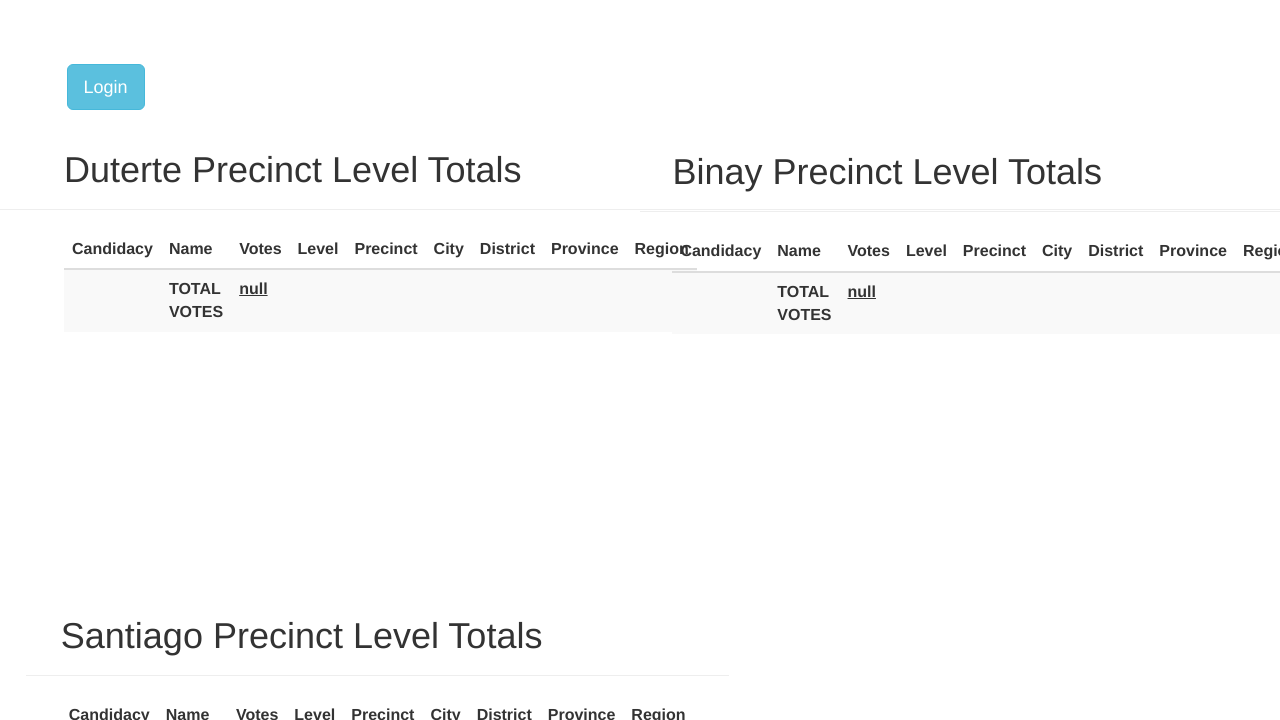
Repository: acbalutan/softdev-cencas-team_apink
Page: http://localhost/AES/index.jsp
These files come from the project's save history. The page is drawn as it stood at one moment and after the next save; the edit follows.
The browser window is 1280 px wide. The pictures show the whole page.
The page is served by Tomcat 9. Other server files are loaded and not shown. Queries for data that is not in the repository find no rows.

Above is the page before, as saved 2016-02-26 11:14:09.
Console error (its wording comes from the project's code and is left out).

### workspace/AES/WebContent/index.jsp
<html>
<head>
	<link rel="stylesheet" href="bootstrap/bootstrap.min.css">
	<script type="text/javascript" src="bootstrap/js/bootstrap.min.js"></script>
</head>
<body>

<form action="login.jsp" style="padding-left: 5.2%;padding-top: 5%;">
    <button type="submit" class="btn btn-lg btn-info">Login</button>
</form>


<%@ page import="java.sql.*" %>
<%@ page import="bean.Provider" %>
<%@ page import="bean.PileBean" %>
<%@ page import="bean.Counter" %>

<%

Class.forName("org.sqlite.JDBC");
Connection conn = DriverManager.getConnection("jdbc:sqlite:D:/Eclipse/db/aes.db");
Statement stat = conn.createStatement();

%>
<div class="page-header" style="padding-left: 5%;">
	<h1>Duterte Precinct Level Totals</h1>
</div>

<div class="col-md-6" style="padding-left: 5%;">
	<table class="table table-striped">
    	<thead>
              <tr>
                <th>Candidacy</th>
                <th>Name</th>
                <th>Votes</th>
                <th>Level</th>
                <th>Precinct</th>
                <th>City</th>
                <th>District</th>
                <th>Province</th>
                <th>Region</th>
              </tr>
		</thead>
		<tbody>
			<%
			ResultSet duterte = stat.executeQuery("SELECT * FROM tapat WHERE name='Rodrigo Duterte';");
			while (duterte.next()) {
			    %>
			    	<tr>
			    		<td><%= duterte.getString("candidacy") %></td>
			    		<td><%= duterte.getString("name") %></td>
			    		<td><%= duterte.getString("vote") %></td>
			    		<td><%= duterte.getString("level") %></td>
			    		<td><%= duterte.getString("precinct") %></td>
			    		<td><%= duterte.getString("city") %></td>
			    		<td><%= duterte.getString("district") %></td>
			    		<td><%= duterte.getString("province") %></td>
			    		<td><%= duterte.getString("region") %></td>
			    	</tr>
			    <%
			}
			duterte.close();

			ResultSet totalduterte = stat.executeQuery("SELECT SUM(vote) as 'TOTALVOTES' FROM tapat WHERE name='Rodrigo Duterte';");
			%>
				<tr>
					<td></td>
					<td><strong>TOTAL VOTES</strong></td>
					<td style="text-decoration: underline;"><strong> <%= totalduterte.getString("TOTALVOTES") %> </strong></td>
					<td></td>
					<td></td>
					<td></td>
					<td></td>
					<td></td>
					<td></td>
				</tr>
			<% totalduterte.close(); %>
    	</tbody>
	</table>
</div>

<div style="position: absolute; top: 15.6%; left: 50%;">
	<div class="page-header" style="padding-left: 5%;">
		<h1>Binay Precinct Level Totals</h1>
	</div>

	<div class="col-md-6" style="padding-left: 5%;">
		<table class="table table-striped">
	    	<thead>
	              <tr>
	                <th>Candidacy</th>
	                <th>Name</th>
	                <th>Votes</th>
	                <th>Level</th>
	                <th>Precinct</th>
	                <th>City</th>
	                <th>District</th>
	                <th>Province</th>
	                <th>Region</th>
	              </tr>
			</thead>
			<tbody>
				<%
				ResultSet binay = stat.executeQuery("SELECT * FROM tapat WHERE name='Jejomar Binay';");
				while (binay.next()) {
				    %>
				    	<tr>
				    		<td><%= binay.getString("candidacy") %></td>
				    		<td><%= binay.getString("name") %></td>
				    		<td><%= binay.getString("vote") %></td>
				    		<td><%= binay.getString("level") %></td>
				    		<td><%= binay.getString("precinct") %></td>
				    		<td><%= binay.getString("city") %></td>
				    		<td><%= binay.getString("district") %></td>
				    		<td><%= binay.getString("province") %></td>
				    		<td><%= binay.getString("region") %></td>
				    	</tr>
				    <%
				}
				binay.close();

				ResultSet totalbinay = stat.executeQuery("SELECT SUM(vote) as 'TOTALVOTES' FROM tapat WHERE name='Jejomar Binay';");
				%>
					<tr>
						<td></td>
						<td><strong>TOTAL VOTES</strong></td>
						<td style="text-decoration: underline;"><strong> <%= totalbinay.getString("TOTALVOTES") %> </strong></td>
						<td></td>
						<td></td>
						<td></td>
						<td></td>
						<td></td>
						<td></td>
					</tr>
				<% totalbinay.close(); %>
	    	</tbody>
		</table>
	</div>
</div>

<div style="position: absolute; top: 80%; left: 2%;">
	<div class="page-header" style="padding-left: 5%;">
		<h1>Santiago Precinct Level Totals</h1>
	</div>

	<div class="col-md-6" style="padding-left: 5%;">
		<table class="table table-striped">
	    	<thead>
	              <tr>
	                <th>Candidacy</th>
	                <th>Name</th>
	                <th>Votes</th>
	                <th>Level</th>
	                <th>Precinct</th>
	                <th>City</th>
	                <th>District</th>
	                <th>Province</th>
	                <th>Region</th>
	              </tr>
			</thead>
			<tbody>
				<%
				ResultSet santiago = stat.executeQuery("SELECT * FROM tapat WHERE name='Miriam Santiago';");
				while (binay.next()) {
				    %>
				    	<tr>
				    		<td><%= santiago.getString("candidacy") %></td>
				    		<td><%= santiago.getString("name") %></td>
				    		<td><%= santiago.getString("vote") %></td>
				    		<td><%= santiago.getString("level") %></td>
				    		<td><%= santiago.getString("precinct") %></td>
				    		<td><%= santiago.getString("city") %></td>
				    		<td><%= santiago.getString("district") %></td>
				    		<td><%= santiago.getString("province") %></td>
				    		<td><%= santiago.getString("region") %></td>
				    	</tr>
				    <%
				}
				santiago.close();

				ResultSet totalsantiago = stat.executeQuery("SELECT SUM(vote) as 'TOTALVOTES' FROM tapat WHERE name='Miriam Santiago';");
				%>
					<tr>
						<td></td>
						<td><strong>TOTAL VOTES</strong></td>
						<td style="text-decoration: underline;"><strong> <%= totalsantiago.getString("TOTALVOTES") %> </strong></td>
						<td></td>
						<td></td>
						<td></td>
						<td></td>
						<td></td>
						<td></td>
					</tr>
				<% totalsantiago.close(); %>
	    	</tbody>
		</table>
	</div>
</div>
<%	stat.close();
	conn.close();	%>

</body>
</html>

Loaded but not shown: workspace/AES/WebContent/bootstrap/bootstrap.min.css (library); workspace/AES/WebContent/bootstrap/bootstrap.min.js (library)

After the next save:
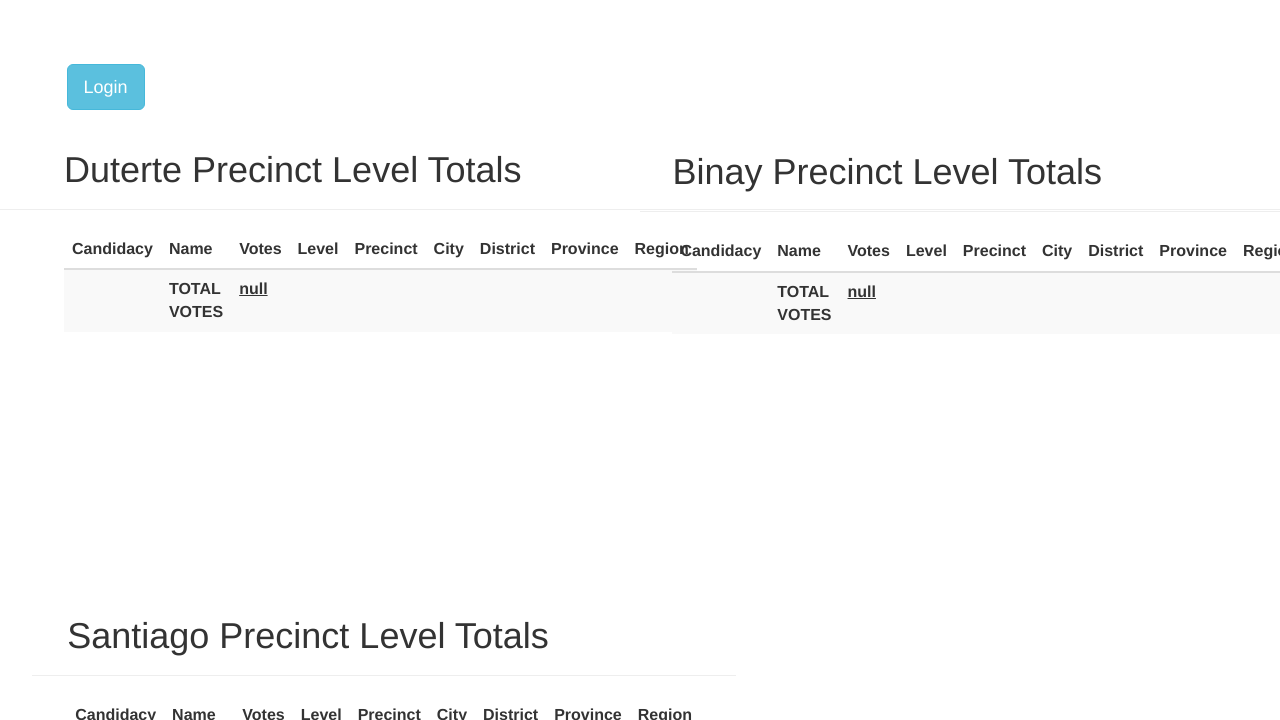
Saved 14 s later.
--- a/workspace/AES/WebContent/index.jsp
+++ b/workspace/AES/WebContent/index.jsp
@@ -138,7 +138,7 @@
 	</div>
 </div>
 
-<div style="position: absolute; top: 80%; left: 2%;">
+<div style="position: absolute; top: 80%; left: 2.5%;">
 	<div class="page-header" style="padding-left: 5%;">
 		<h1>Santiago Precinct Level Totals</h1>
 	</div>
